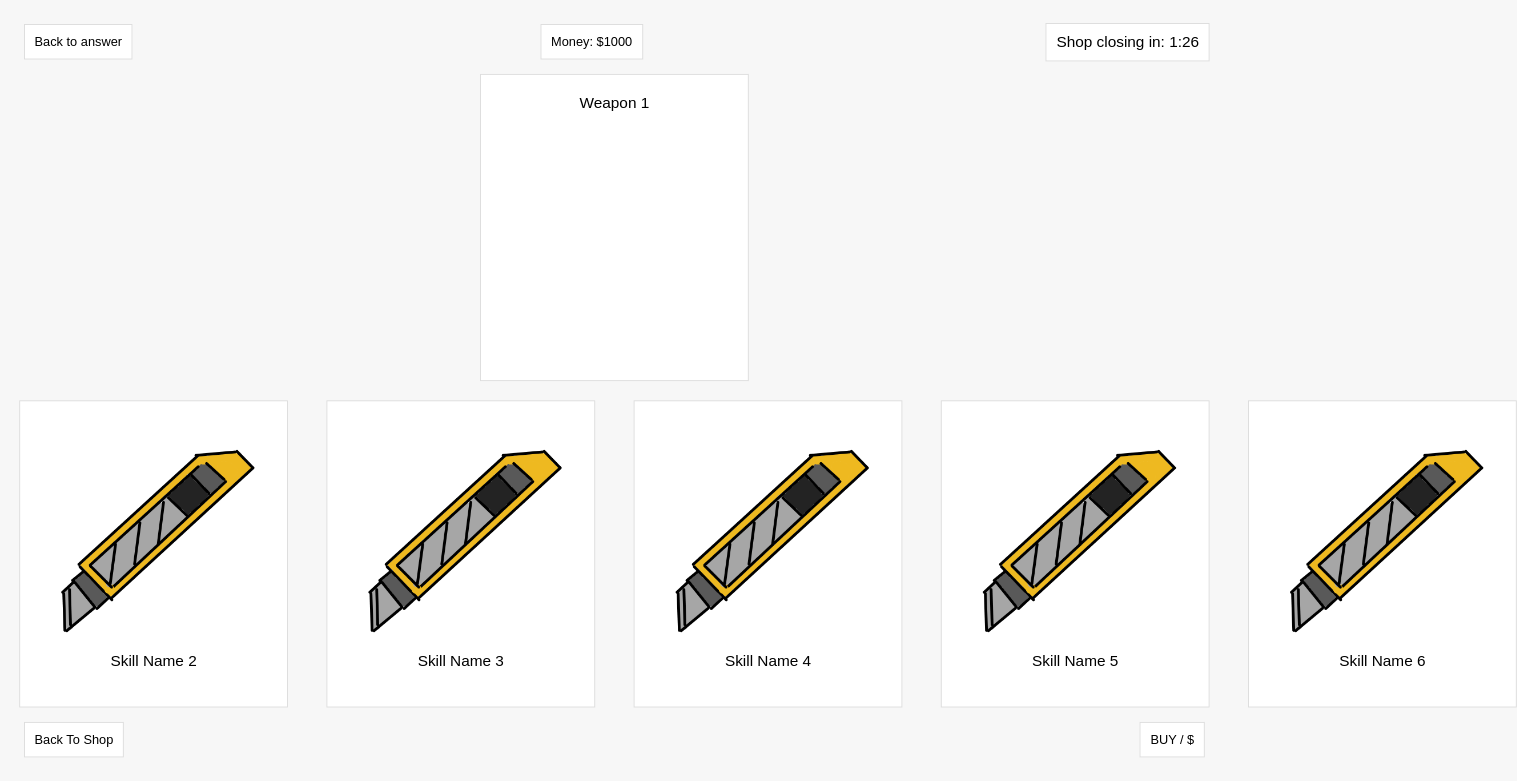
Repository: sean12-2007/Jailbreaker
Page: public/src/pages/shop_skills copy 2.html
These files come from the project's save history. The page is drawn as it stood at one moment and after the next save; the edit follows.
The browser window is 1280 px wide. The page is 1580 px wide, then 1280 px, so the pictures cover 1580 px, including what lies to the right of the window. The pictures show the whole page, at 96% of full size.

Above is the page before, as saved 2024-08-09 20:29:42.

### public/src/pages/shop_skills copy 2.html
<!DOCTYPE html>
<html lang="en">
<head>
  <meta charset="UTF-8">
  <meta name="viewport" content="width=device-width, initial-scale=1.0">
  <title>Weapon Shop</title>
  <style>
    body {
      font-family: Arial, sans-serif;
      margin: 0;
      padding: 20px;
      background: #f7f7f7;
    }
    .container {
      display: flex;
      justify-content: space-between;
      align-items: center;
      gap: 20px;
    }
    .button {
      padding: 10px;
      margin: 5px;
      border: 1px solid #ddd;
      background-color: #fff;
      cursor: pointer;
      text-align: center;
    }
    .weapon-container {
      display: flex;
      justify-content: center;
      align-items: center;
      gap: 20px;
      width: 100%;
    }
      .weapon {
        flex: 0 0 auto;
        width: 280px; /* Fixed width */
        height: 320px; /* Fixed height */
        margin: 10px;
        background: #fff;
        border: 1px solid #ddd;
        padding: 20px;
        text-align: center;
        box-sizing: border-box; /* Include padding and border in the element's total width and height */
      }
      .weapon img {
        width: 100%;
        height: auto;
      }
    .timer-container {
      border: 1px solid #ddd;
      background: #fff;
      padding: 10px;
      text-align: center;
    }
  </style>
</head>
<body>
  <div class="container">
    <button class="button">Back to answer</button>
    <button class="button">Money: $1000</button>
    <div class="timer-container">
      <div id="startTimer">Shop closing timer</div>
    </div>
  </div>
  <div class="weapon-container">
    <div class="weapon">
      <div>Weapon 1</div>
    </div>
  </div>
  <div class="weapon-container">
        <div class="weapon">
          <img src="/images/artknife.png" alt="Weapon 1" />
          <div>Skill Name 1</div>
        </div>
        <div class="weapon">
          <img src="/images/artknife.png" alt="Weapon 2" />
          <div>Skill Name 2</div>
        </div>
        <div class="weapon">
          <img src="/images/artknife.png" alt="Weapon 3" />
          <div>Skill Name 3</div>
        </div>
        <div class="weapon">
          <img src="/images/artknife.png" alt="Weapon 1" />
          <div>Skill Name 4</div>
        </div>
        <div class="weapon">
          <img src="/images/artknife.png" alt="Weapon 2" />
          <div>Skill Name 5</div>
        </div>
        <div class="weapon">
          <img src="/images/artknife.png" alt="Weapon 3" />
          <div>Skill Name 6</div>
        </div>
      </div>

  <div class="container">
    <button class="button" onclick="goToShop()">Back To Shop</button>
    <button class="button" onclick="buySkills()">BUY / $</button>
  </div>

  <script>
    // Variables to store the timer state
    let timeRemaining = 90; // 1.5 minutes in seconds
    let timerInterval = null;

    function goToShop() {
      window.location.href = 'shop.html'; // Redirect to shop.html
    }

    // Function to simulate buying skills and updating money
    function buySkills() {
      // Implement the function to buy skills
      // Update money variable as needed
      updateMoneyDisplay()
    }

    // Function to update the money display
    function updateMoneyDisplay() {
      // Assuming you have a variable 'money' to store the money amount
      document.querySelector('.button:nth-child(2)').textContent = `Money: $${money}`;
    }

    // Function to update the timer display
    function updateTimerDisplay(minutes, seconds) {
      document.getElementById('startTimer').textContent = `Shop closing in: ${minutes}:${seconds.toString().padStart(2, '0')}`;
    }

    // Function to start the countdown
    function startCountdown() {
      // Only start the timer if it's not already running
      if (timerInterval === null) {
        timerInterval = setInterval(function() {
          const minutes = Math.floor(timeRemaining / 60);
          const seconds = timeRemaining % 60;
          updateTimerDisplay(minutes, seconds);
          if (timeRemaining > 0) {
            timeRemaining -= 1;
          } else {
            clearInterval(timerInterval);
            timerInterval = null;
            alert("Time's up!");
          }
        }, 1000);
      }
    }

    // Event listener for the start button
    document.getElementById('startTimer').addEventListener('click', startCountdown);

    // Start the countdown timer as soon as the page loads
    startCountdown();
  </script>
</body>
</html>

After the next save:
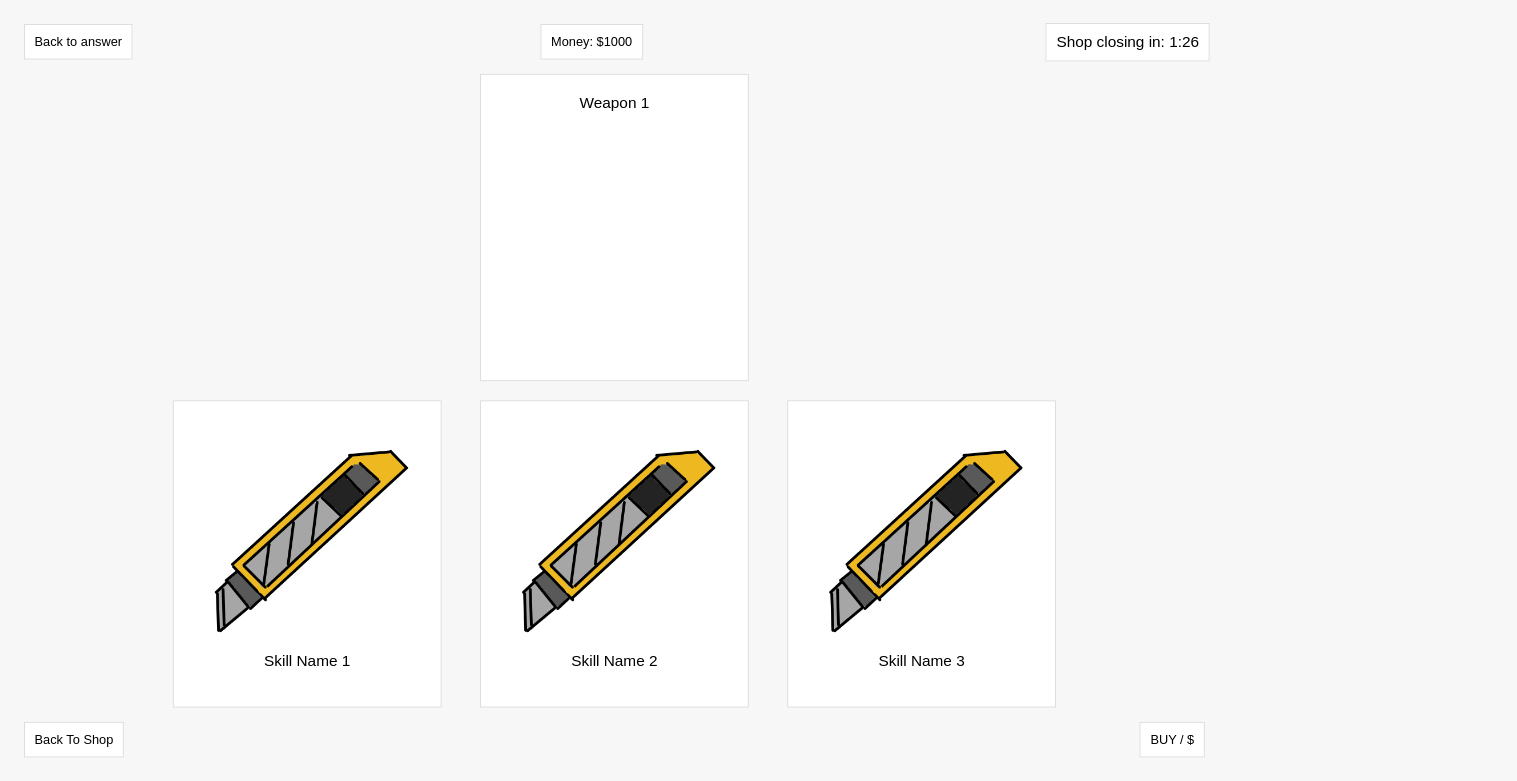
Saved 16 s later.
--- a/public/src/pages/shop_skills copy 2.html
+++ b/public/src/pages/shop_skills copy 2.html
@@ -81,18 +81,6 @@
           <img src="/images/artknife.png" alt="Weapon 3" />
           <div>Skill Name 3</div>
         </div>
-        <div class="weapon">
-          <img src="/images/artknife.png" alt="Weapon 1" />
-          <div>Skill Name 4</div>
-        </div>
-        <div class="weapon">
-          <img src="/images/artknife.png" alt="Weapon 2" />
-          <div>Skill Name 5</div>
-        </div>
-        <div class="weapon">
-          <img src="/images/artknife.png" alt="Weapon 3" />
-          <div>Skill Name 6</div>
-        </div>
       </div>
 
   <div class="container">
